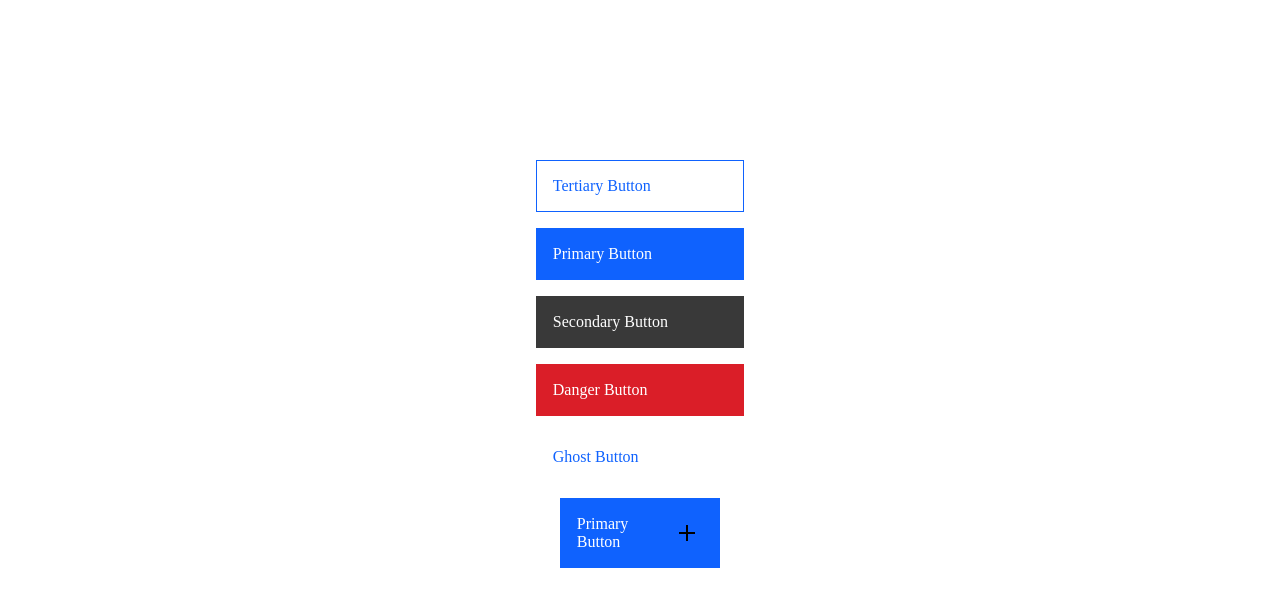
Repository: prav10194/ibm-carbon-components-vanilla
Page: buttons/index.html
These files come from the project's save history. The page is drawn as it stood at one moment and after the next save; the edit follows.
The browser window is 1280 px wide. The pictures show the whole page.
Some web fonts or font styles are not loaded; a fallback is used.

Above is the page before, as saved 2020-11-12 20:08:48.

### buttons/index.html
<!DOCTYPE html>
<html lang="en">
<head>
    <meta charset="UTF-8">
    <meta name="viewport" content="width=device-width, initial-scale=1.0">
    <link rel="shortcut icon" href="./assets/ibm--cloud.svg" />
    <link rel="stylesheet" href="./node_modules/@ibm/plex/css/ibm-plex-sans-kr.css">
    <link rel="stylesheet" href="./node_modules/@ibm/plex/css/ibm-plex.css">
    <link rel="stylesheet" href="./index.css">
    <title>Button examples</title>
</head>
<style>
    .buttondiv > *:not(:first-child) {
        margin-top: 1rem;
    }
</style>
<body>
    <div class="buttondiv" style="display: flex; flex-direction: column; justify-content: center; align-items: center; margin-top: 10rem;">
        <div class="tertiary-button">Tertiary Button</div>
        <div class="primary-button">Primary Button</div>
        <div class="secondary-button">Secondary Button</div>
        <div class="danger-button">Danger Button</div>
        <div class="ghost-button">Ghost Button</div>
        <div class="primary-button-with-icon">Primary Button<img src="./assets/add.svg" alt="Plus button"></div>
    </div>
</body>
</html>

### buttons/index.css
.tertiary-button {
    font-size: 1rem;
    border: 1px solid #0f62fe;
    color: #0f62fe;
    padding: 1rem 4rem 1rem 1rem;
    width: 10%;
    font-family: IBM Plex Sans;
}

.tertiary-button:hover {
    background-color: #0f62fe;
    color: white;
    cursor: pointer;
}

.primary-button {
    font-size: 1rem;
    border: 1px solid #0f62fe;
    background-color: #0f62fe;
    color: white;
    padding: 1rem 4rem 1rem 1rem;
    width: 10%;
    font-family: IBM Plex Sans;
}

.primary-button:hover {
    /* background-color: #0f62fe; */
    /* color: white; */
    background-color: #0d58e4;
    cursor: pointer;
}

.secondary-button {
    font-size: 1rem;
    border: 1px solid #393939;
    background-color: #393939;
    color: white;
    padding: 1rem 4rem 1rem 1rem;
    width: 10%;
    font-family: IBM Plex Sans;
}

.secondary-button:hover {
    background-color: #4c4c4c;
    cursor: pointer;
}

.danger-button {
    font-size: 1rem;
    border: 1px solid #da1e28;
    background-color: #da1e28;
    color: white;
    padding: 1rem 4rem 1rem 1rem;
    width: 10%;
    font-family: IBM Plex Sans;
}

.danger-button:hover {
    background-color: #c41b24;
    cursor: pointer;
}

.ghost-button {
    font-size: 1rem;
    color: #0f62fe;
    padding: 1rem 4rem 1rem 1rem;
    width: 10%;
    font-family: IBM Plex Sans;
}

.ghost-button:hover {
    background-color: #e0e0e0;
    cursor: pointer;
}

.primary-button-with-icon {
    display: flex;
    align-items: center;
    justify-content: space-around;
    font-size: 1rem;
    border: 1px solid #0f62fe;
    background-color: #0f62fe;
    color: white;
    padding: 1rem 1rem 1rem 1rem;
    width: 10%;
    font-family: IBM Plex Sans;
}

.primary-button-with-icon:hover {
    /* background-color: #0f62fe; */
    /* color: white; */
    background-color: #0d58e4;
    cursor: pointer;
}

### buttons/assets/add.svg
<?xml version="1.0" encoding="utf-8"?>
<!-- Generator: Adobe Illustrator 24.0.3, SVG Export Plug-In . SVG Version: 6.00 Build 0)  -->
<svg version="1.1" id="icon" xmlns="http://www.w3.org/2000/svg" xmlns:xlink="http://www.w3.org/1999/xlink" x="0px" y="0px"
	 width="32px" height="32px" viewBox="0 0 32 32" style="enable-background:new 0 0 32 32;" xml:space="preserve">
<style type="text/css">
	.st0{fill:none;}
</style>
<polygon points="17,15 17,8 15,8 15,15 8,15 8,17 15,17 15,24 17,24 17,17 24,17 24,15 "/>
<rect class="st0" width="32" height="32"/>
</svg>

Loaded but not shown: fonts/node_modules/@ibm/plex/css/ibm-plex-sans-kr.css (library); fonts/node_modules/@ibm/plex/css/ibm-plex.css (library)

After the next save:
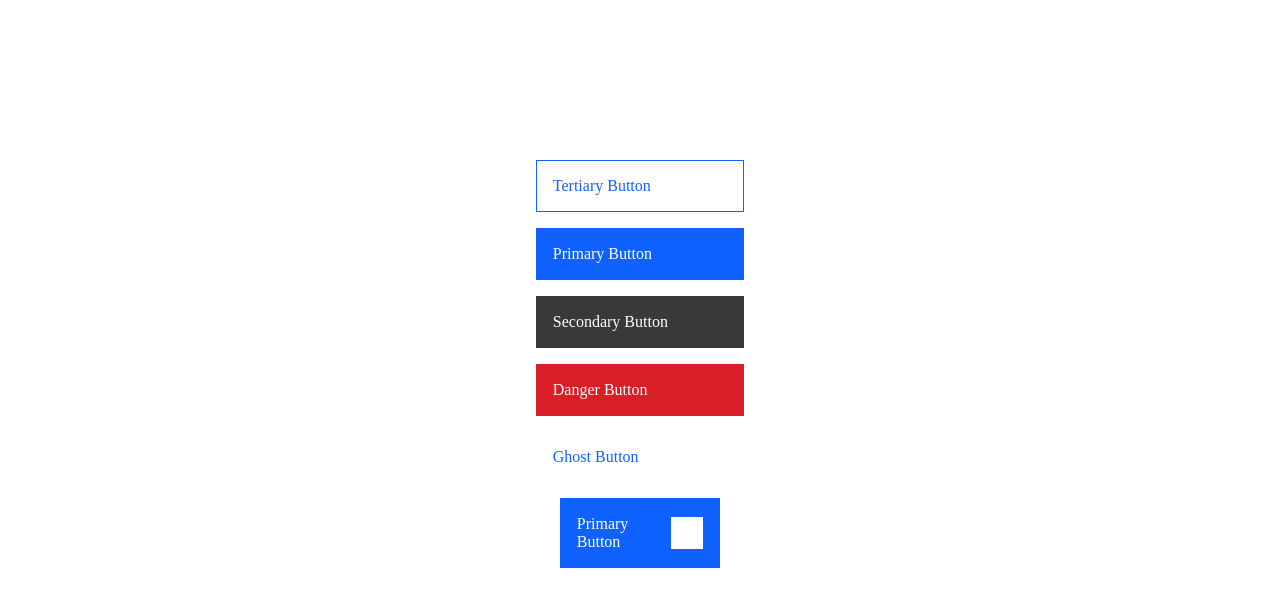
Saved 6 min 0 s later.
--- a/buttons/assets/add.svg
+++ b/buttons/assets/add.svg
@@ -3,7 +3,7 @@
 <svg version="1.1" id="icon" xmlns="http://www.w3.org/2000/svg" xmlns:xlink="http://www.w3.org/1999/xlink" x="0px" y="0px"
 	 width="32px" height="32px" viewBox="0 0 32 32" style="enable-background:new 0 0 32 32;" xml:space="preserve">
 <style type="text/css">
-	.st0{fill:none;}
+	.st0{fill:white;}
 </style>
 <polygon points="17,15 17,8 15,8 15,15 8,15 8,17 15,17 15,24 17,24 17,17 24,17 24,15 "/>
 <rect class="st0" width="32" height="32"/>

After the save that followed:
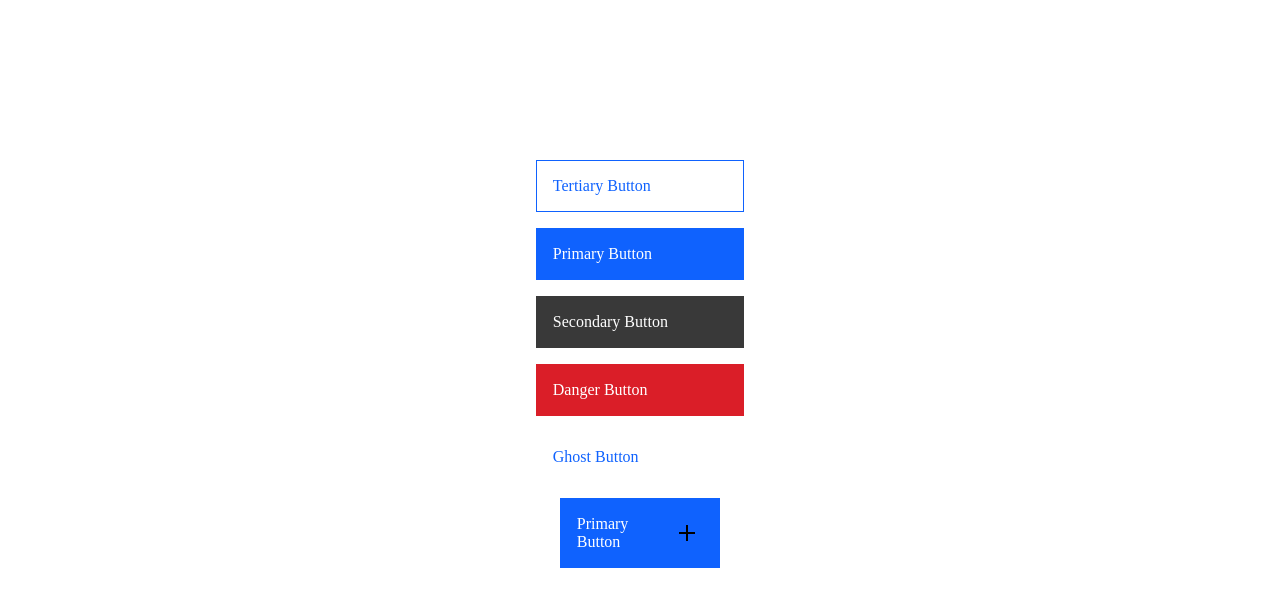
Saved 10 s later.
--- a/buttons/assets/add.svg
+++ b/buttons/assets/add.svg
@@ -3,7 +3,7 @@
 <svg version="1.1" id="icon" xmlns="http://www.w3.org/2000/svg" xmlns:xlink="http://www.w3.org/1999/xlink" x="0px" y="0px"
 	 width="32px" height="32px" viewBox="0 0 32 32" style="enable-background:new 0 0 32 32;" xml:space="preserve">
 <style type="text/css">
-	.st0{fill:white;}
+	.st0{fill:none;}
 </style>
 <polygon points="17,15 17,8 15,8 15,15 8,15 8,17 15,17 15,24 17,24 17,17 24,17 24,15 "/>
 <rect class="st0" width="32" height="32"/>
